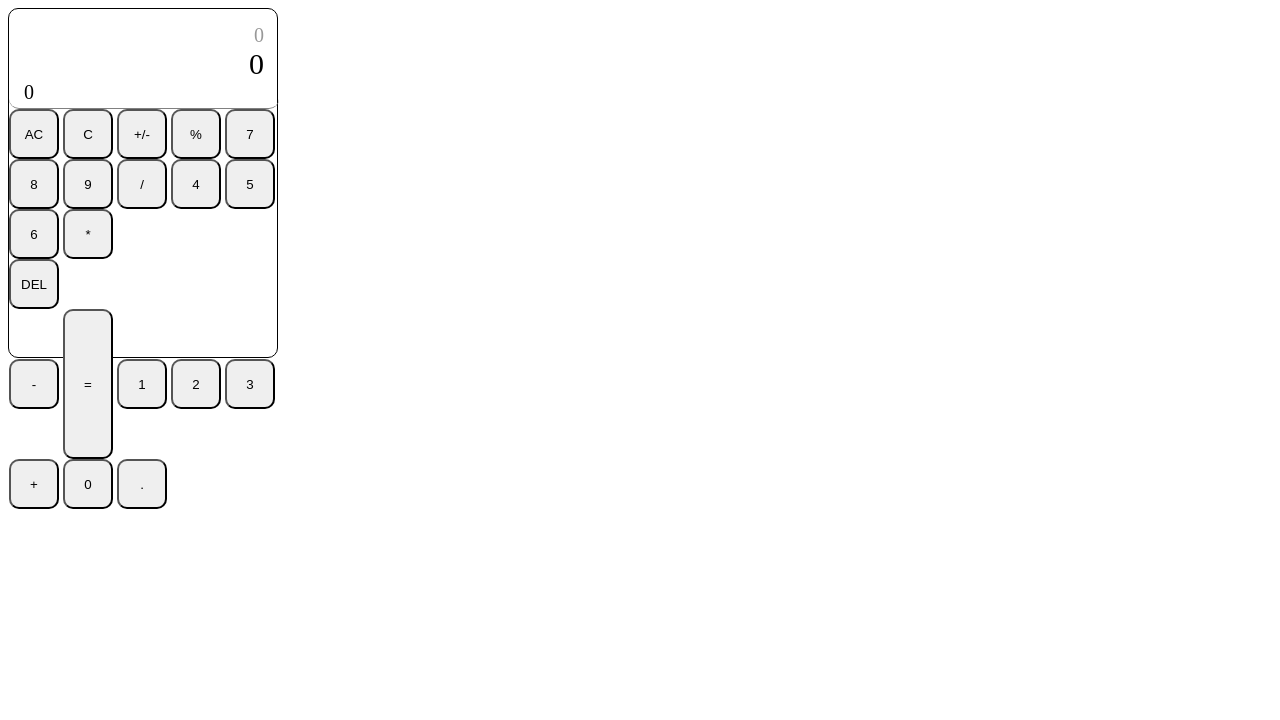
Repository: baziz22/Vanilla_JS_Projects
Page: claculator/index.html
These files come from the project's save history. The page is drawn as it stood at one moment and after the next save; the edit follows.
The browser window is 1280 px wide. The pictures show the whole page.

Above is the page before, as saved 2022-03-02 03:02:52.
Console error: SyntaxError: Malformed arrow function parameter list

After the next save:
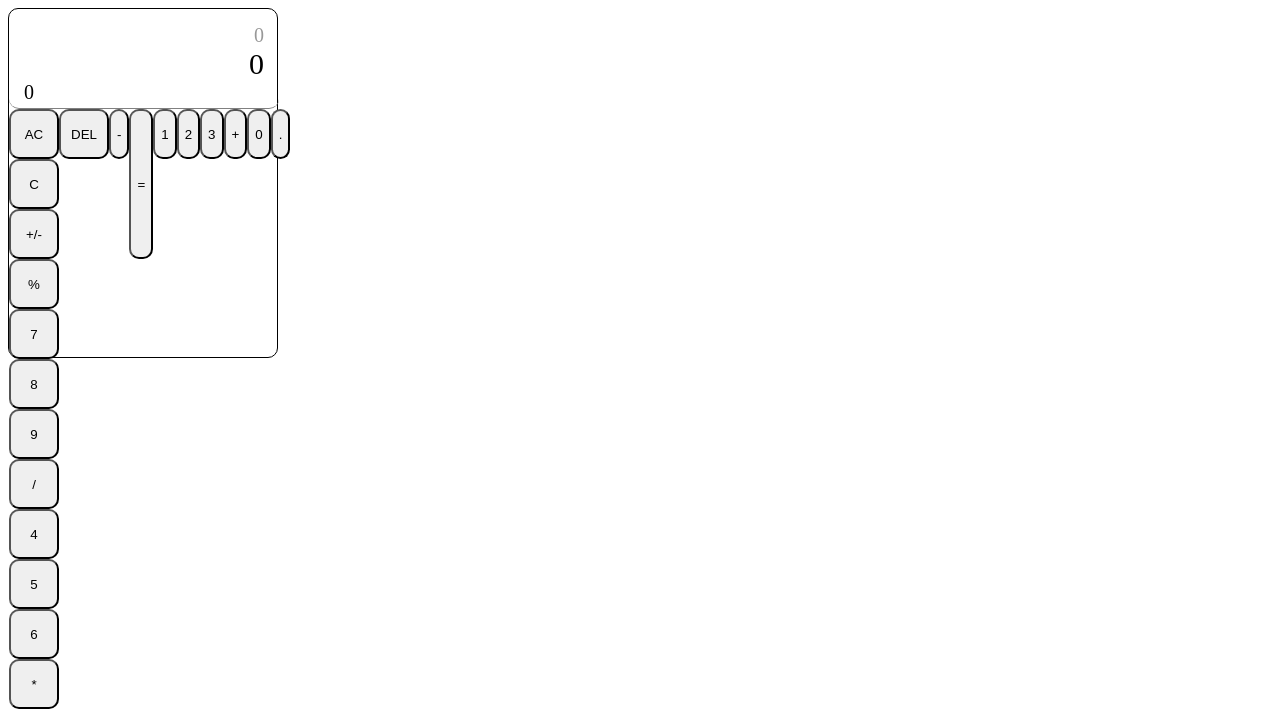
Saved 13 s later.
--- a/claculator/style.css
+++ b/claculator/style.css
@@ -8,7 +8,7 @@
   height: 350px;
 }
 #buttons {
-  display: inline-block;
+  display: flex;
 }
 button {
   width: 50px;
